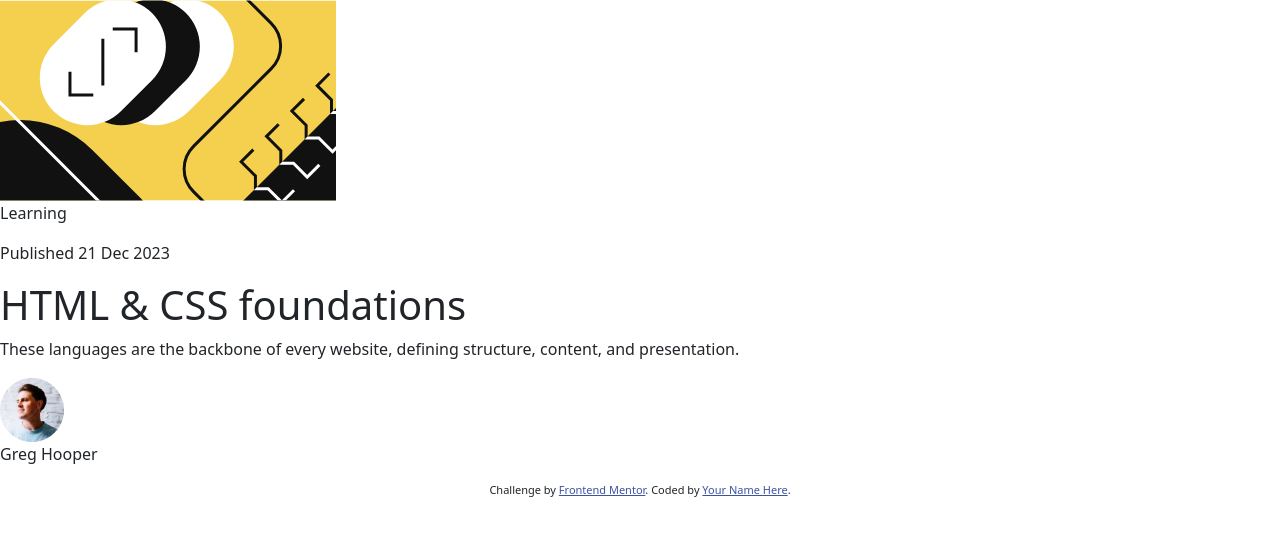
Repository: blordeus/blog-preview-card
Page: index.html
The author's editor kept a copy of each file at every save. The page is drawn from the files as they stood at one save, then again after the next save.
The browser window is 1280 px wide. The pictures show the whole page.
The style sheet was rebuilt from its Sass, Less or Tailwind sources for each picture, by a compiler version that may differ from the author's.

Above is the page before, as saved 2024-02-10 09:09:42.

### index.html
<!DOCTYPE html>
<html lang="en">
<head>
  <meta charset="UTF-8">
  <meta name="viewport" content="width=device-width, initial-scale=1.0"> <!-- displays site properly based on user's device -->

  <link rel="icon" type="image/png" sizes="32x32" href="./assets/images/favicon-32x32.png">
  <link rel="stylesheet" href="style.css">
  <link href="https://cdn.jsdelivr.net/npm/bootstrap@5.1.3/dist/css/bootstrap.min.css" rel="stylesheet" integrity="sha384-1BmE4kWBq78iYhFldvKuhfTAU6auU8tT94WrHftjDbrCEXSU1oBoqyl2QvZ6jIW3" crossorigin="anonymous">
  <title>Frontend Mentor | Blog preview card</title>

</head>
<body>
<main>
    <img src="assets\images\illustration-article.svg" alt="header image">
    <div>
      <p>Learning</p>
    </div>

    <p>Published 21 Dec 2023</p>

    <h1>HTML & CSS foundations</h1>

    <p>These languages are the backbone of every website, defining structure, content, and presentation.</p>

    <div class="flex flex-row justify-between mt-6">
      <img src="assets\images\image-avatar.webp" alt="author image">
      <p>Greg Hooper</p>
    </div>

</main>
<div></div>
<div class="attribution">
    Challenge by <a href="https://www.frontendmentor.io?ref=challenge" target="_blank">Frontend Mentor</a>.
    Coded by <a href="#">Your Name Here</a>.
  </div>
</body>
</html>

### style.scss
@font-face {
    font-family: Figtree;
    src: url(./assets/fonts/Figtree-VariableFont_wght.ttf);
}

@font-face {
    font-family: Figtree-Italic;
    src: url(./assets/fonts/Figtree-Italic-VariableFont_wght.ttf) format("truetype");
    font-style: italic;
}

// Primary

$Yellow: hsl(47, 88%, 63%);

// Neutral

$White: hsl(0, 0%, 100%);
$Grey: hsl(0, 0%, 50%);
$Black: hsl(0, 0%, 7%);

body {
    font-family: Figtree;
}

p {
    font-size: 16px
}

.yellow-bg {
    background-color: $Yellow;

}

.black-bg {
    background-color: $Black;
}

.grey-text {
    color: $Grey;
}

.white-bg {
    background-color: $White;
}

.black-text {
    color: $Black;
}

.attribution { font-size: 11px; text-align: center; }
.attribution a { color: hsl(228, 45%, 44%); }

After the next save:
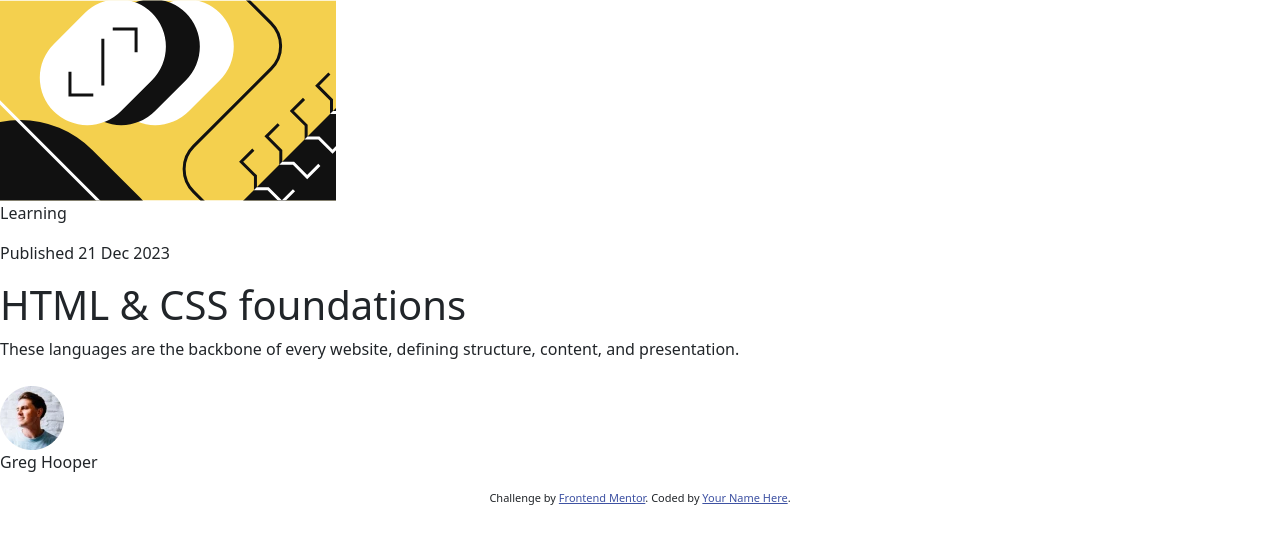
Saved 4 s later.
--- a/index.html
+++ b/index.html
@@ -23,7 +23,7 @@
 
     <p>These languages are the backbone of every website, defining structure, content, and presentation.</p>
 
-    <div class="flex flex-row justify-between mt-6">
+    <div class="flex flex-row justify-between mt-4">
       <img src="assets\images\image-avatar.webp" alt="author image">
       <p>Greg Hooper</p>
     </div>

After the 5 saves that followed:
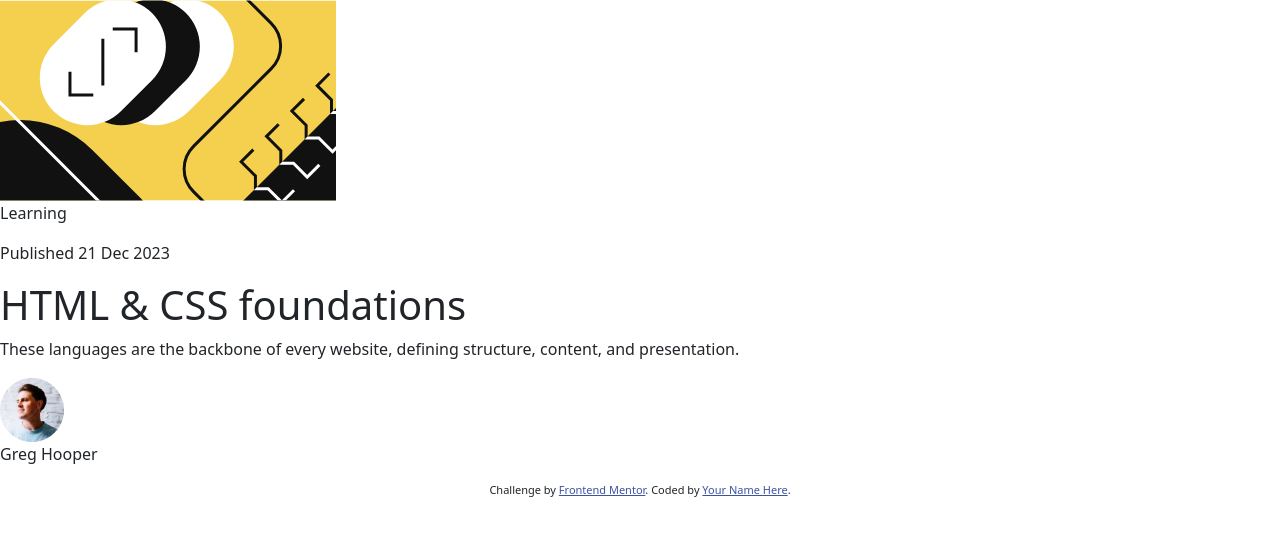
The 5 saves are shown as one change because they came seconds apart.
The last was saved 26 s later.
--- a/index.html
+++ b/index.html
@@ -23,7 +23,7 @@
 
     <p>These languages are the backbone of every website, defining structure, content, and presentation.</p>
 
-    <div class="flex flex-row justify-between mt-4">
+    <div class="grid grid-cols-2 gap-4">
       <img src="assets\images\image-avatar.webp" alt="author image">
       <p>Greg Hooper</p>
     </div>
